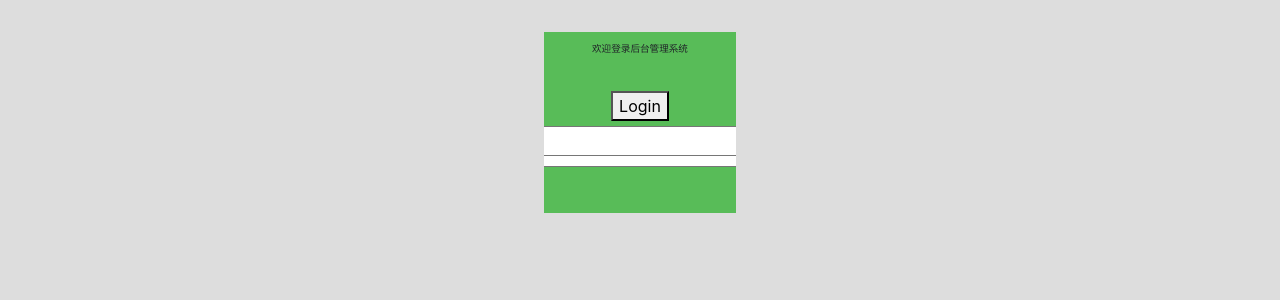
Repository: gzh51904/baiyangApp
Page: / (app in houtai/Vue-admin/)
These files come from the project's save history. The page is drawn as it stood at one moment and after the next save; the edit follows.
The browser window is 1280 px wide. The pictures show the whole page.
The project was rebuilt for these pictures with package versions that can differ from the ones it lists, and the page was loaded fresh each time. Also part of the build but not shown: houtai/Vue-admin/vue.config.js.

Above is the page before, as saved 2019-05-11 10:52:06.

### houtai/Vue-admin/public/index.html
<!DOCTYPE html>
<html lang="en">
  <head>
    <meta charset="utf-8">
    <meta http-equiv="X-UA-Compatible" content="IE=edge">
    <meta name="viewport" content="width=device-width,initial-scale=1.0">
    <link rel="icon" href="<%= BASE_URL %>favicon.ico">
    <title>secco-admin</title>
    <style>
    html,body{
      width:100%;
      height:100%;
    }

    </style>
  </head>
  <body>

    <div id="app"></div>
    <!-- built files will be auto injected -->
  </body>
</html>

### houtai/Vue-admin/src/main.js
import Vue from 'vue'
import App from './App.vue'
import router from './router/router'
import store from './store'

// import axios from "axios";
// Vue.prototype.$axios = axios;

// import bootstrap lib to the project,没有路径就会直接去找node_modules
import "bootstrap";

import 'lib-flexible';
Vue.config.productionTip = false

new Vue({
  router,
  store,
  render: h => h(App)
}).$mount('#app')

### houtai/Vue-admin/src/App.vue
<template>
  <div id="app">

    <router-view/>
  </div>
</template>
<script>
export default {

}
</script>

<style>
@import  '../node_modules/bootstrap/dist/css/bootstrap.css';

#app{
  height:100%;
  width:100%;
  background-color: #ddd;
  overflow:hidden;
}
</style>

### houtai/Vue-admin/src/router/router.js
import Vue from 'vue'
import Router from 'vue-router'
import Login from '../pages/login.vue'


Vue.use(Router)

export default new Router({
  mode: 'history',
  base: process.env.BASE_URL,
  routes: [
    {
      path: '/',
      name: 'Login',
      component: Login
    },
    {
      path: '/admin',
      name: 'admin',
      meta: {
        requireAuth: true
      },
      // route level code-splitting
      // this generates a separate chunk (about.[hash].js) for this route
      // which is lazy-loaded when the route is visited.
      component: () => import(/* webpackChunkName: "about" */ '../pages/admin/admin.vue'),
      children: [
        {
          path: 'goods',
          name: 'goods',
          title: '商品管理',
          component: () => import('../pages/admin/goods/goods'),//路径要自己改
          children:[
            {
              path: 'list',
              name: 'list',
              title: '商品列表',
              component: () => import('../pages/admin/goods/list'),//路径要自己改
            },
            {
              path: 'categories',
              name: 'categories',
              title: '商品分类',
              component: () => import('../pages/admin/goods/categories'),//路径要自己改
            },
            {
              path: 'addgoods',
              name: 'addgoods',
              title: '添加商品',
              component: () => import('../pages/admin/goods/addgoods'),//路径要自己改
            },
          ]
        },
        {
          path: 'users',
          name: 'users',
          title: '用户管理',
          component: () => import('../pages/admin/users/users'),//路径要自己改
          children:[
            {
              path: 'list',
              name: 'list',
              title: '用户列表',
              component: () => import('../pages/admin/users/list'),//路径要自己改
            },
            {
              path: 'adduser',
              name: 'adduser',
              title: '添加用户',
              component: () => import('../pages/admin/users/adduser'),//路径要自己改
            },

          ]
        },
      ]
    }
  ]
})

### houtai/Vue-admin/src/store/index.js
import Vue from 'vue'
import Vuex from 'vuex'
import createPersistedState from 'vuex-persistedstate'

Vue.use(Vuex)

/* eslint-disable no-new */
const store = new Vuex.Store({
  plugins: [createPersistedState()],
  modules: {
  }
})

export default store

### houtai/Vue-admin/src/pages/login.vue
<template>
<div class="login">
    <h3>欢迎登录后台管理系统</h3>
    <div class="login-form">
        <div class="login-form-item">
            <span>用户名</span>
            <input type="text" id="username">
        </div>
        <div  class="login-form-item">
              <span>密码</span>
            <input type="password" id="password">
        </div>
        <div  class="login-form-item">
            <button>Login</button>
        </div>
    </div>


</div>
</template>
<script>
export default {

}
</script>
<style lang="scss" scoped>
.login{
    margin: 2rem auto;
    overflow:hidden;
    width: 12rem;
    height:11.333333rem;
    /* height:5rem; */
    background-color:#58bc58;
    padding-top:.013333rem;
    h3{
        margin: .666667rem auto;
        text-align: center;
        font-size: .6rem;
        font-weight: 500;
    }
    .login-form{
        display:flex;
        flex-direction:column;
        justify-content: space-around;
        align-items: center;
        .login-form-item{
            height:.8rem;

        span{
            float:left;
            width:.8rem;
            text-align: right;
        }
        }
    }

}
</style>

After the next save:
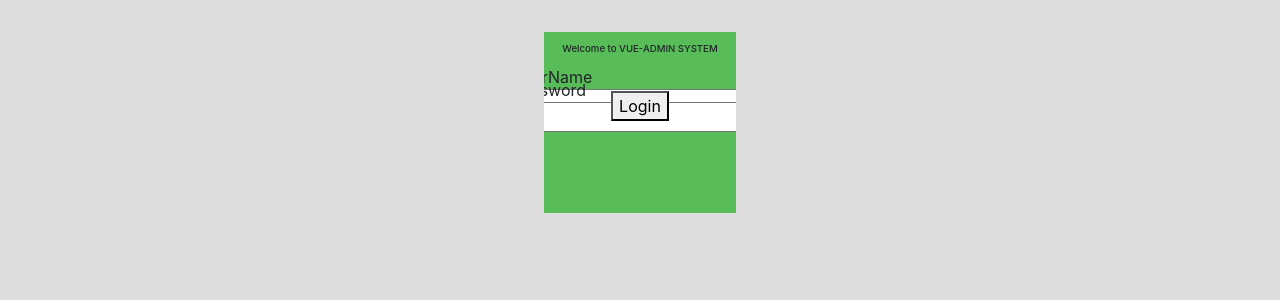
Saved 45 s later.
--- a/houtai/Vue-admin/src/pages/login.vue
+++ b/houtai/Vue-admin/src/pages/login.vue
@@ -1,13 +1,13 @@
 <template>
 <div class="login">
-    <h3>欢迎登录后台管理系统</h3>
+    <h3>Welcome to VUE-ADMIN SYSTEM</h3>
     <div class="login-form">
         <div class="login-form-item">
-            <span>用户名</span>
+            <span>UserName</span>
             <input type="text" id="username">
         </div>
         <div  class="login-form-item">
-              <span>密码</span>
+              <span>Password</span>
             <input type="password" id="password">
         </div>
         <div  class="login-form-item">
